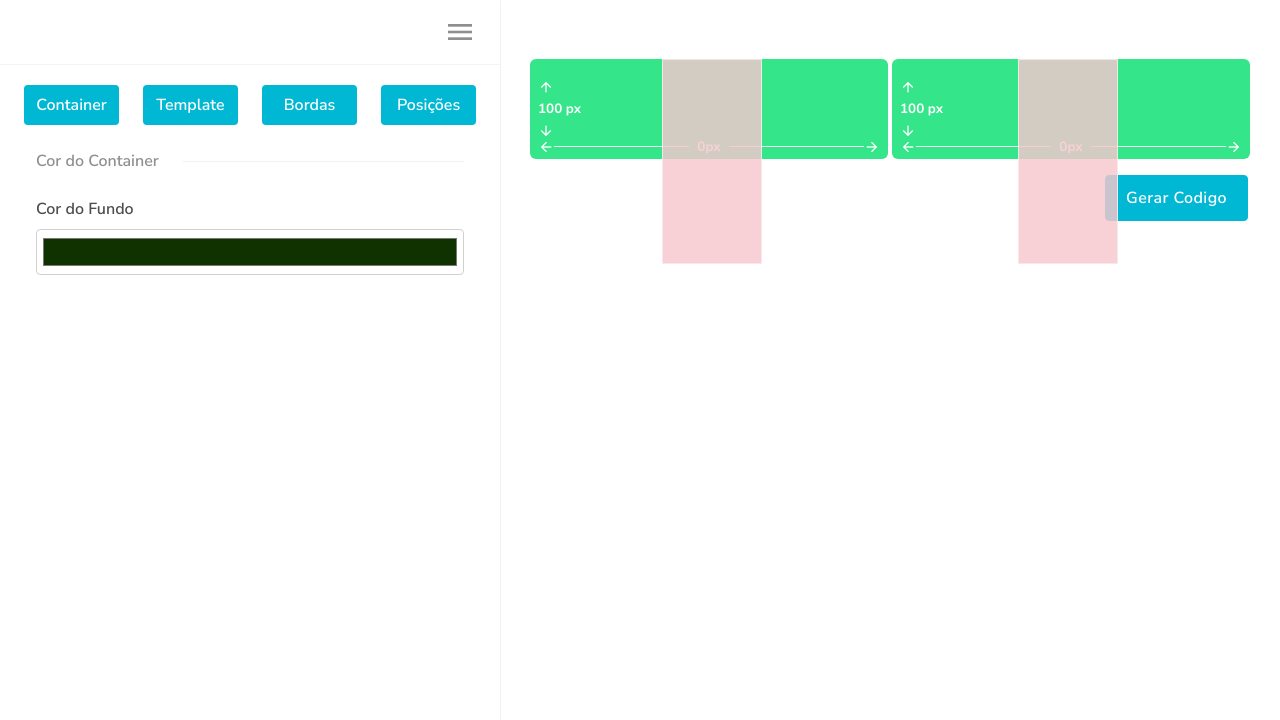
Repository: Flintdl/lowcode-elements
Page: /
An editor plug-in stored every save of this project. The page is shown before and after the next save, followed by the edit.
The browser window is 1280 px wide. The pictures show the whole page.
The project was rebuilt for these pictures with package versions that can differ from the ones it lists, and the page was loaded fresh each time. Also part of the build but not shown: vue.config.js.

Above is the page before, as saved 2022-04-06 17:13:08.

After the next save:
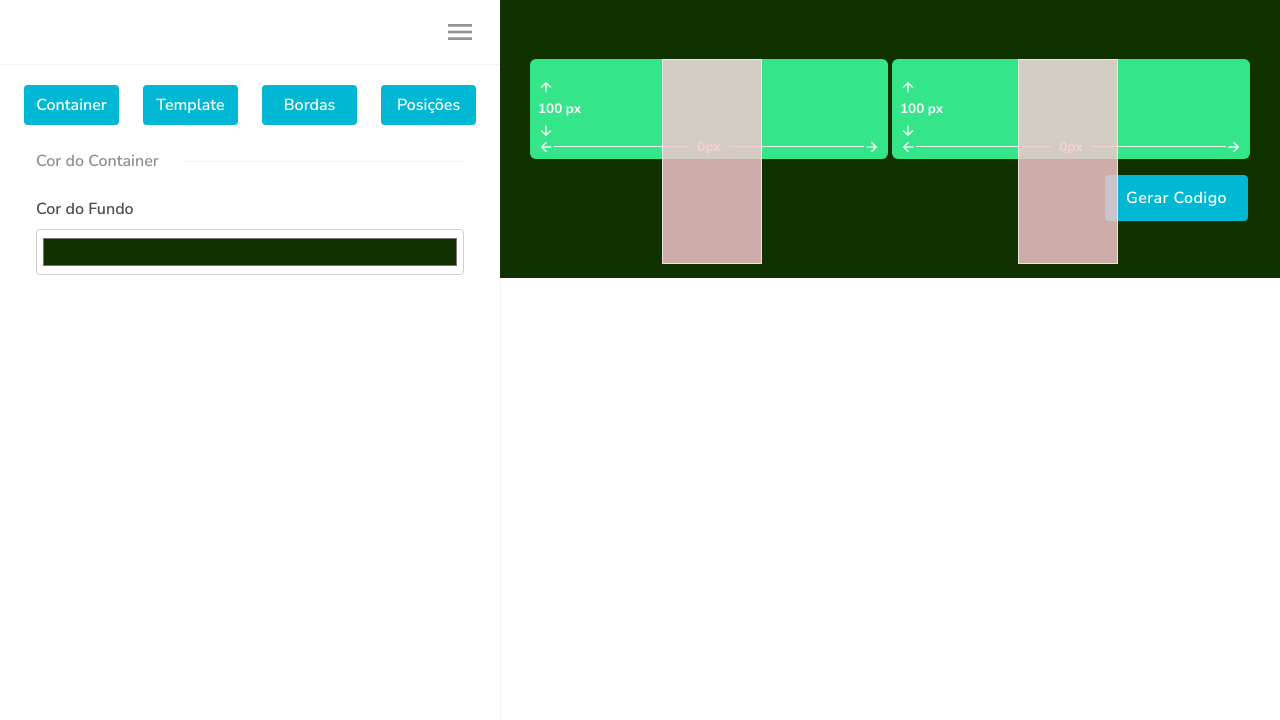
Saved 52 s later.
--- a/src/components/Menu/MenuTemplate.vue
+++ b/src/components/Menu/MenuTemplate.vue
@@ -230,12 +230,14 @@ export default {
       }
     })();
   },
-  methods: {
+  computed: {
     containerCss() {
       return {
         "background-color": this.inputContainerColor,
       };
     },
+  },
+  methods: {
     showContent(e) {
       var referenciaItem = this.$refs[e.currentTarget.getAttribute("dataRef")];
       for (let i = 0; i < this.tabs.length; i++) {
